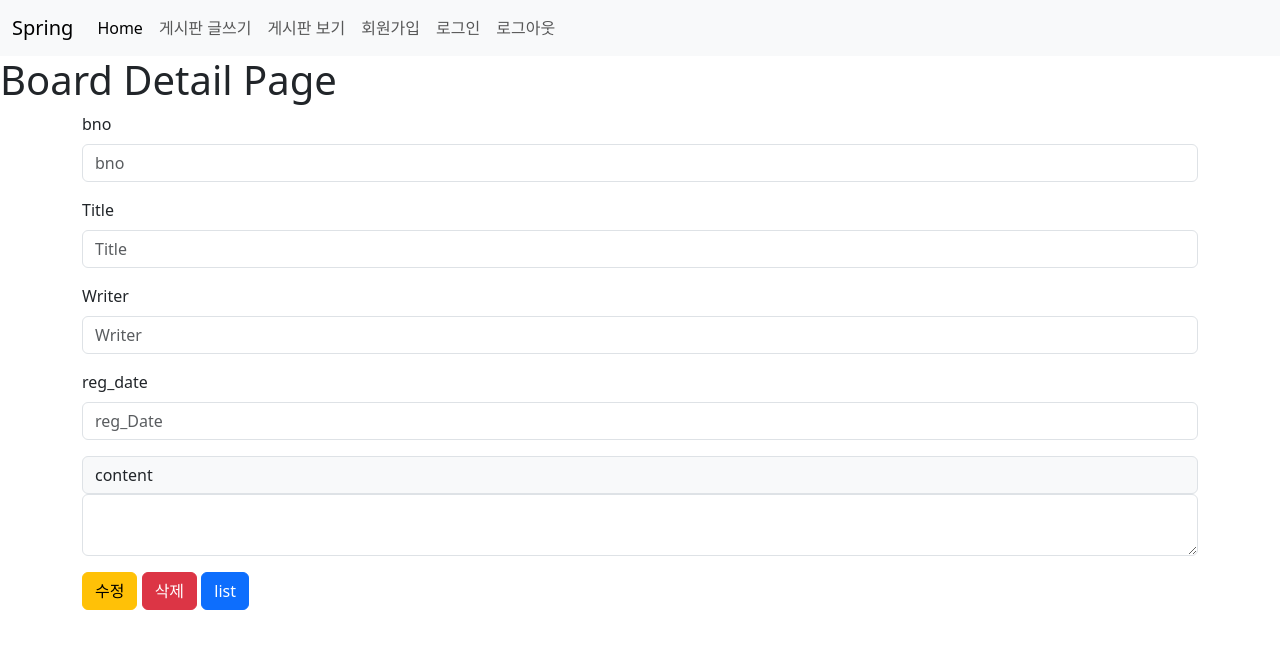
Repository: kimnoanoa/springTest240430
Page: http://localhost/spring_study/WEB-INF/views/board/detail.jsp
The author's editor kept a copy of each file at every save. The page is drawn from the files as they stood at one save, then again after the next save.
The browser window is 1280 px wide. The pictures show the whole page.
The page is served by Tomcat 9. Nobody is signed in. The template is opened directly, without the code that normally fills it, so the values that code supplies are empty.

Above is the page before, as saved 2024-04-25 02:12:54.

After the next save:
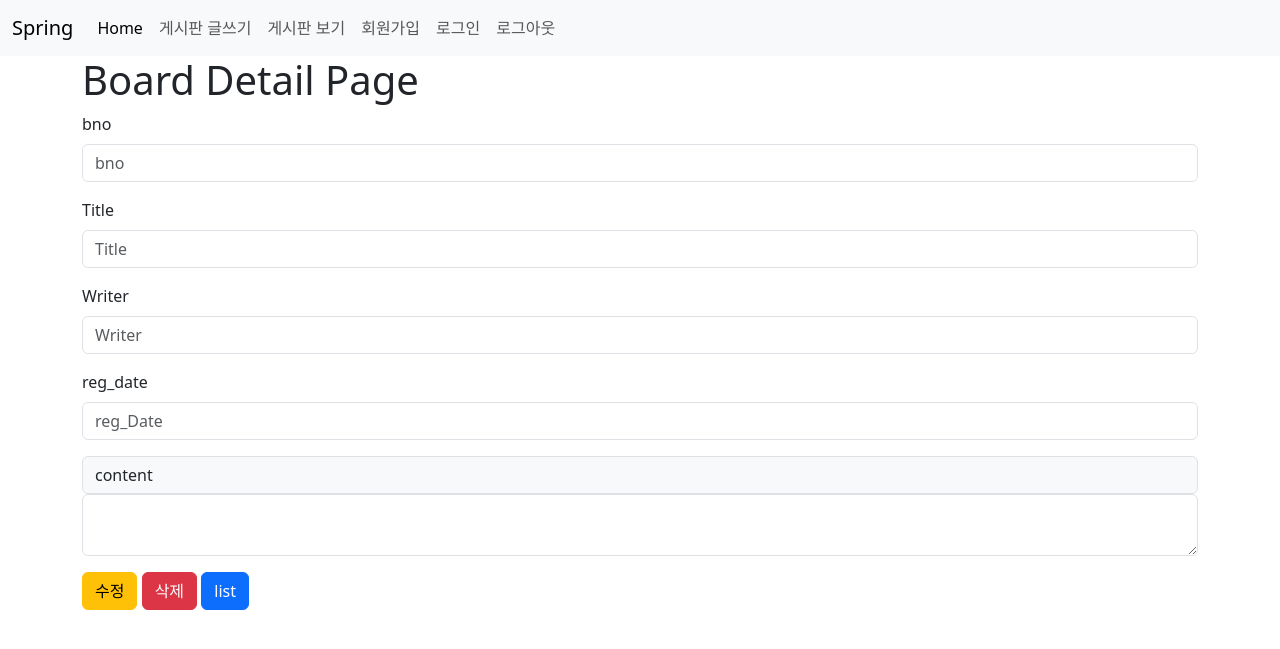
Saved 2 min 12 s later.
--- a/spring_study/src/main/webapp/WEB-INF/views/board/detail.jsp
+++ b/spring_study/src/main/webapp/WEB-INF/views/board/detail.jsp
@@ -4,9 +4,9 @@
 
 
 <jsp:include page="../layout/header.jsp"></jsp:include>
-<h1>Board Detail Page</h1>
 
 <div class="container-md">
+<h1>Board Detail Page</h1>
 
    <div class="mb-3">
       <label for="formGroupExampleInput" class="form-label">bno</label> <input
